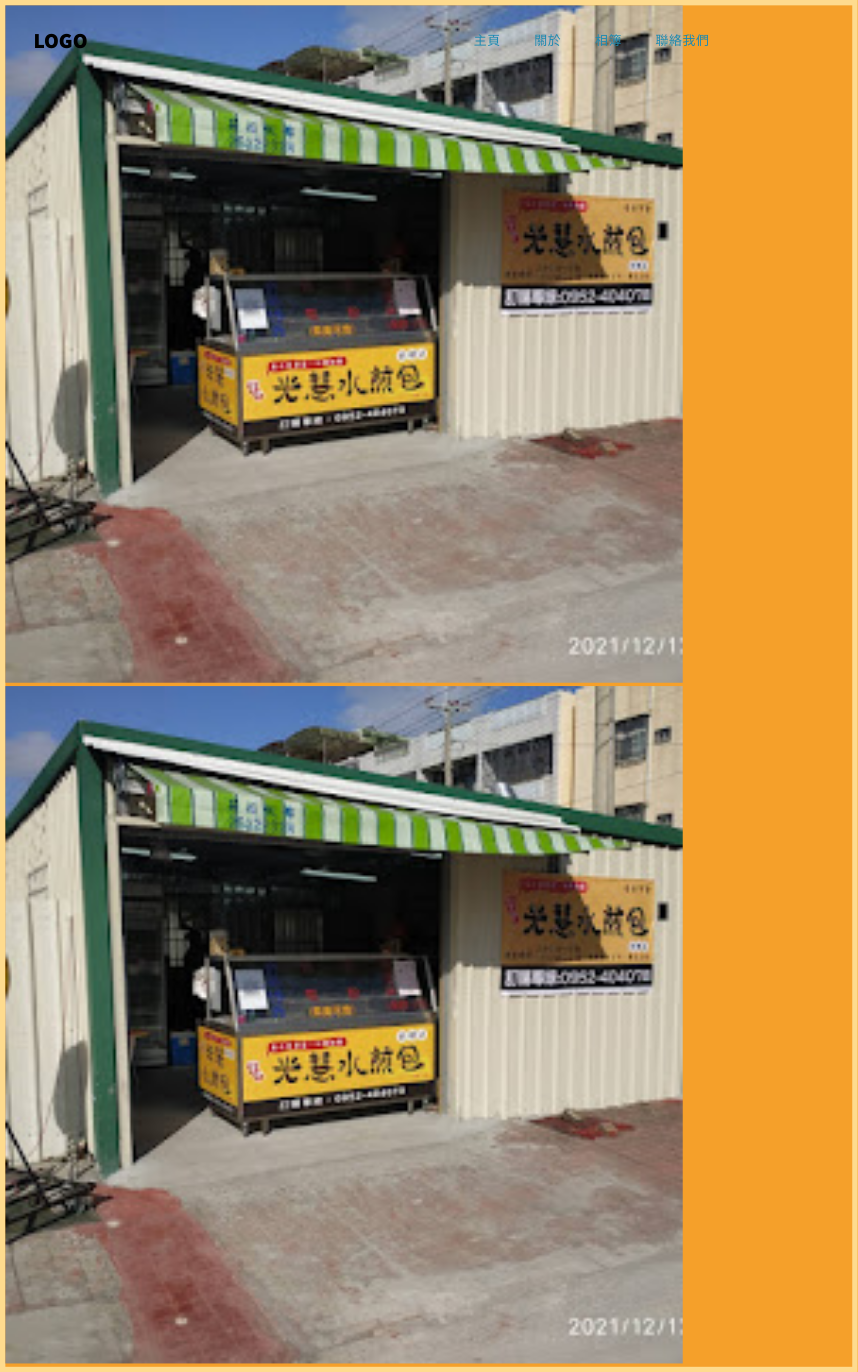
Repository: KevinYu0515/guanghui-food-website
Page: /
An editor plug-in stored every save of this project. The page is shown before and after the next save, followed by the edit.
The browser window is 1280 px wide. The pictures show the whole page, at 67% of full size.
The project was rebuilt for these pictures with package versions that can differ from the ones it lists, and the page was loaded fresh each time. Also part of the build but not shown: vue.config.js.

Above is the page before, as saved 2022-03-17 14:27:30.

After the next save:
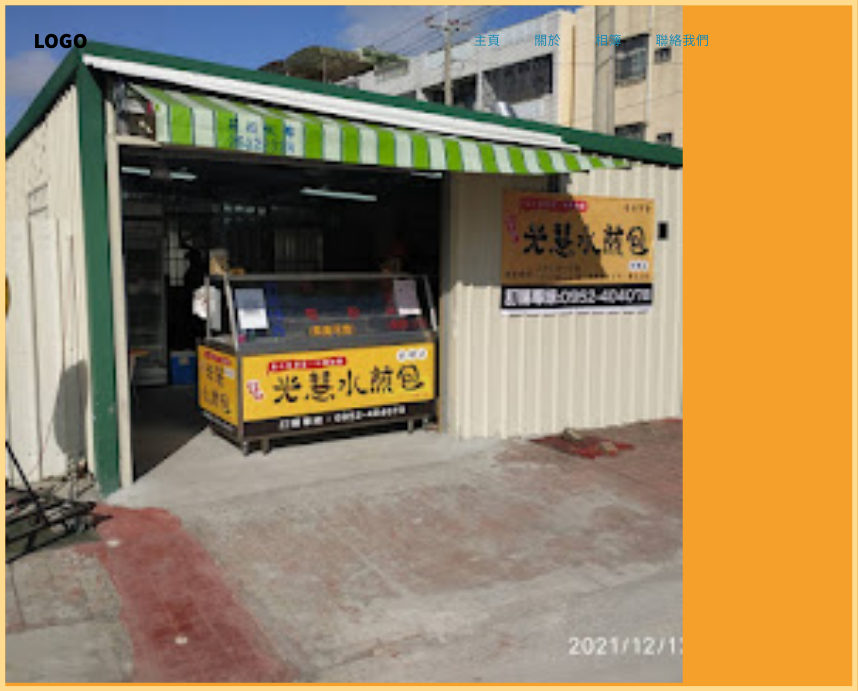
Saved 17 s later.
--- a/src/views/Home.vue
+++ b/src/views/Home.vue
@@ -1,6 +1,5 @@
 <template>
   <div id='home'>
-    <img class="home_picture" src="./assets\store.jpg"/>
     <img class="home_picture" src="./assets\store.jpg">
   </div>
 </template>
